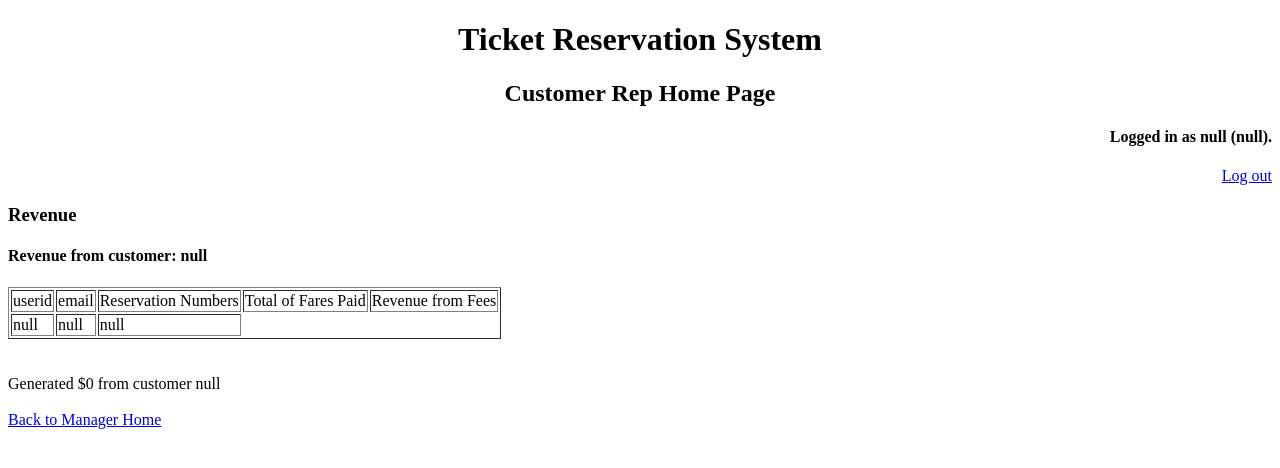
Repository: Pheazon/data_management
Page: http://localhost/cs336Final/revenueCustomer.jsp
The author's editor kept a copy of each file at every save. The page is drawn from the files as they stood at one save, then again after the next save.
The browser window is 1280 px wide. The pictures show the whole page.
The page is served by Tomcat 9. The database holds what the project's SQL file puts in it.

Above is the page before, as saved 2019-12-11 07:14:49.

### cs336Final/WebContent/revenueCustomer.jsp
<%@ page language="java" contentType="text/html; charset=ISO-8859-1"
	pageEncoding="ISO-8859-1" import="com.cs336.pkg.*"%>
<%@ page import="java.io.*,java.util.*,java.sql.*"%>
<%@ page import="javax.servlet.http.*,javax.servlet.*"%>
<!DOCTYPE html PUBLIC "-//W3C//DTD HTML 4.01 Transitional//EN" "http://www.w3.org/TR/html4/loose.dtd">
<html>
<head>
<meta http-equiv="Content-Type" content="text/html; charset=ISO-8859-1">
<title>All Orders by Customer</title>
</head>
<body>


<h1 align="center">Ticket Reservation System</h1>
<h2 align="center">Customer Rep Home Page</h2>
<h4 align="right"> Logged in as
<%=session.getAttribute("userid")%> (<%=session.getAttribute("userType") %>).
</h4>
<div align="right"><a href='../LogOut.jsp'>Log out</a></div>


<h3>Revenue</h3>

<h4>Revenue from customer: <%=request.getParameter("userid")%></h4>
<%

try{
		String userid = request.getParameter("userid");
		int totalRev = 0;

		ApplicationDB db = new ApplicationDB();
		Connection con = db.getConnection();
		PreparedStatement ps = null;
		Class.forName("com.mysql.jdbc.Driver").newInstance();
		Connection conn = db.getConnection();

		Statement statement = con.createStatement();
		String command = "SELECT userid, sum(TotalFare) tf, sum(BookingFee) bf FROM Reservation WHERE userid = '"+userid+"'";

		ResultSet result = statement.executeQuery(command);

		//Make an HTML table to show the results in:
		out.print("<table border='1'>");

		//make a row
		out.print("<tr>");

		//make a column
		out.print("<td>");
		out.print("userid");
		out.print("</td>");


		//make a column
		out.print("<td>");
		out.print("email");
		out.print("</td>");

		//make a column
		out.print("<td>");
		out.print("Reservation Numbers");
		out.print("</td>");


		//make a column
		out.print("<td>");
		out.print("Total of Fares Paid");
		out.print("</td>");

		//make a column
		out.print("<td>");
		out.print("Revenue from Fees");
		out.print("</td>");

		out.print("</tr>");

		String firstName = "";
		String lastName = "";
		//parse out the results
		while (result.next()) {

			firstName = result.getString("userid");
			//lastName = result.getString("lastName");

			//make a row
			out.print("<tr>");
			//make a column
			out.print("<td>");
			out.print(result.getString("userid"));
			out.print("</td>");



			out.print("<td>");
			out.print(result.getString("tf"));
			out.print("</td>");
			out.print("<td>");
			out.print(result.getString("bf"));
			out.print("</td>");
			out.print("</tr>");

			totalRev = totalRev + result.getInt("bf");
		}
		out.print("</table>");

		out.println("<br><br>Generated $"+totalRev+" from customer " + userid);
		result.close();

		statement.close();
		con.close();
} catch (Exception e){

}

%>
<br><br>
<a href="../HomePages/ManagerHome.jsp">Back to Manager Home</a>


</body>
</html>

### cs336Final/src/com/cs336/pkg/ApplicationDB.java
package com.cs336.pkg;

import java.sql.Connection;
import java.sql.DriverManager;
import java.sql.SQLException;

public class ApplicationDB {

	public ApplicationDB(){

	}

	public Connection getConnection(){

		//Create a connection string
		String url = "jdbc:mysql://cs336db.cdnjviplnzua.us-east-2.rds.amazonaws.com:3306/BarBeerDrinkerSample";
		Connection connection = null;

		try {
			//Load JDBC driver - the interface standardizing the connection procedure. Look at WEB-INF\lib for a mysql connector jar file, otherwise it fails.
			Class.forName("com.mysql.jdbc.Driver").newInstance();
		} catch (InstantiationException e) {
			// TODO Auto-generated catch block
			e.printStackTrace();
		} catch (IllegalAccessException e) {
			// TODO Auto-generated catch block
			e.printStackTrace();
		} catch (ClassNotFoundException e) {
			// TODO Auto-generated catch block
			e.printStackTrace();
		}
		try {
			//Create a connection to your DB
			connection = DriverManager.getConnection(url,"cs336", "Rutgers123!");
		} catch (SQLException e) {
			// TODO Auto-generated catch block
			e.printStackTrace();
		}

		return connection;

	}

	public void closeConnection(Connection connection){
		try {
			connection.close();
		} catch (SQLException e) {
			// TODO Auto-generated catch block
			e.printStackTrace();
		}
	}





	public static void main(String[] args) {
		ApplicationDB dao = new ApplicationDB();
		Connection connection = dao.getConnection();

		System.out.println(connection);
		dao.closeConnection(connection);
	}



}

### cs336Final/BarBeerDrinkerSample.sql (the tables this page reads)
CREATE TABLE Reservation (
ReservationNumber int auto_increment,
FlightNumber int,
DateBooked DATETIME NOT NULL,
BookingFee int,
TotalFare int,
type varchar(50),
SpecialMeal varchar(30),
class varchar(50),
userid varchar(255),

PRIMARY KEY (ReservationNumber),
FOREIGN KEY (FlightNumber) REFERENCES Flight(FlightNumber)
);

INSERT INTO Reservation(FlightNumber, DateBooked, BookingFee, TotalFare, type, SpecialMeal, class, userid) VALUES ("111", '2016-04-26 10:00:00', "50", "1000","one-way","chawal", "economy", "a");

INSERT INTO Reservation(FlightNumber, DateBooked, BookingFee, TotalFare, type, SpecialMeal, class, userid) VALUES ("222", '2016-04-18 14:00:00', "60", "1500","round-trip","chawal", "business", "a");

INSERT INTO Reservation(FlightNumber, DateBooked, BookingFee, TotalFare, type, SpecialMeal, class, userid) VALUES ("333", '2016-03-25 21:00:00', "69", "1559","round-tricp","roti", "first", "c");

INSERT INTO Reservation(FlightNumber, DateBooked, BookingFee, TotalFare, type, SpecialMeal, class, userid) VALUES ("333", '2016-03-25 21:00:00', "69", "1559","round-tricp","roti", "first", "c");

INSERT INTO Reservation(FlightNumber, DateBooked, BookingFee, TotalFare, type, SpecialMeal, class, userid) VALUES ("333", '2016-03-25 21:00:00', "69", "1559","round-tricp","roti", "first", "c");

INSERT INTO Reservation(FlightNumber, DateBooked, BookingFee, TotalFare, type, SpecialMeal, class, userid) VALUES ("333", '2016-03-25 21:00:00', "69", "1559","round-tricp","roti", "first", "c");

INSERT INTO Reservation(FlightNumber, DateBooked, BookingFee, TotalFare, type, SpecialMeal, class, userid) VALUES ("333", '2016-03-25 21:00:00', "69", "1559","round-tricp","roti", "first", "c");

INSERT INTO Reservation(FlightNumber, DateBooked, BookingFee, TotalFare, type, SpecialMeal, class, userid) VALUES ("333", '2016-03-25 21:00:00', "69", "1559","round-tricp","roti", "first", "c");

After the next save:
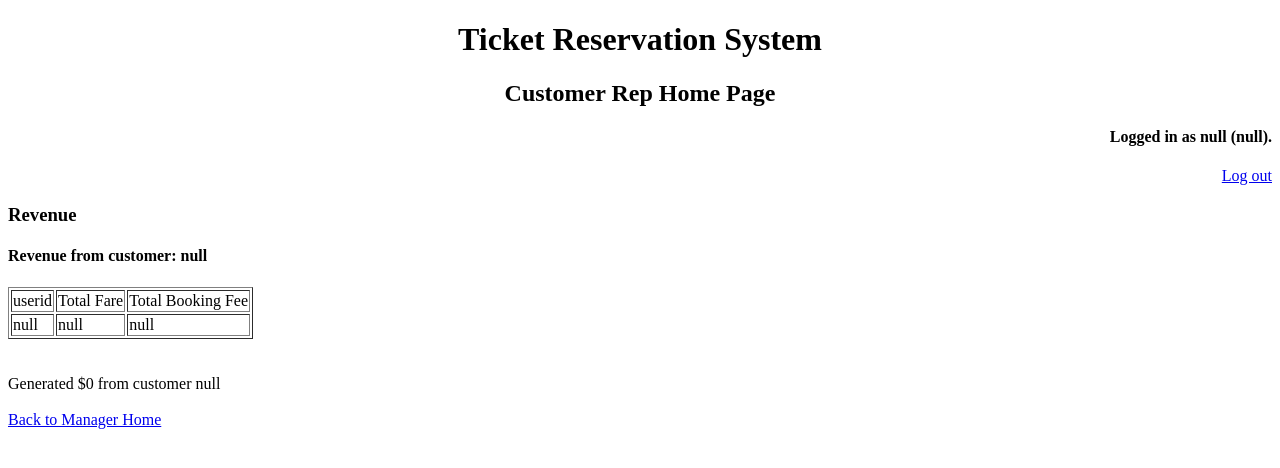
Saved 2 min 12 s later.
--- a/cs336Final/WebContent/revenueCustomer.jsp
+++ b/cs336Final/WebContent/revenueCustomer.jsp
@@ -53,34 +53,22 @@ try{
 
 		//make a column
 		out.print("<td>");
-		out.print("email");
+		out.print("Total Fare");
 		out.print("</td>");
 
 		//make a column
 		out.print("<td>");
-		out.print("Reservation Numbers");
+		out.print("Total Booking Fee");
 		out.print("</td>");
 
 
-		//make a column
-		out.print("<td>");
-		out.print("Total of Fares Paid");
-		out.print("</td>");
-
-		//make a column
-		out.print("<td>");
-		out.print("Revenue from Fees");
-		out.print("</td>");
-
 		out.print("</tr>");
 
-		String firstName = "";
-		String lastName = "";
+
 		//parse out the results
 		while (result.next()) {
 
-			firstName = result.getString("userid");
-			//lastName = result.getString("lastName");
+			userid = result.getString("userid");
 
 			//make a row
 			out.print("<tr>");
